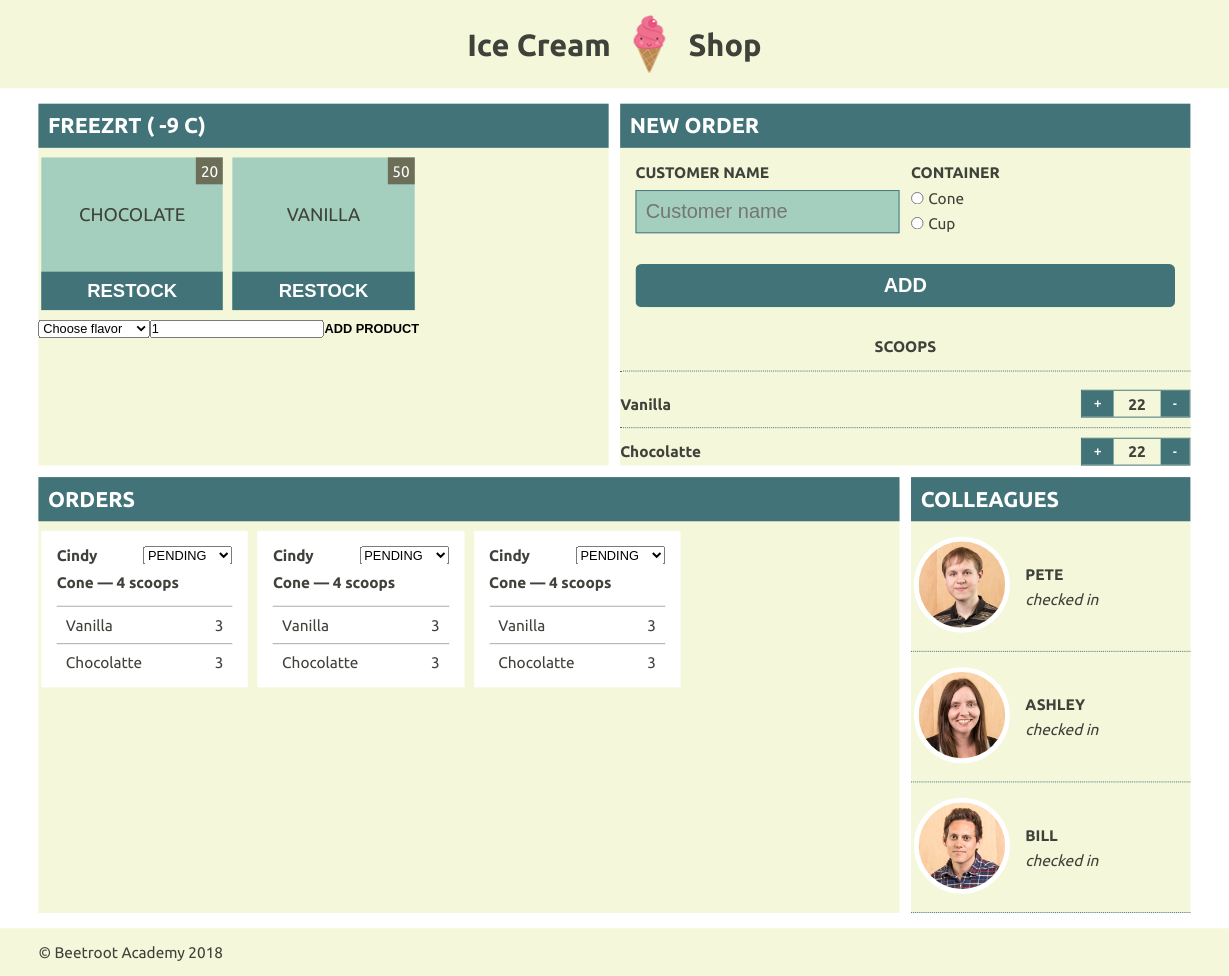
Repository: AlSemyon/Ice_Cream_Shop
Page: /
The author's editor kept a copy of each file at every save. The page is drawn from the files as they stood at one save, then again after the next save.
The browser window is 1280 px wide. The pictures show the whole page, at 96% of full size.
The project was rebuilt for these pictures with package versions that can differ from the ones it lists, and the page was loaded fresh each time.

Above is the page before, as saved 2019-01-06 11:31:25.

### src/index.js
import React from 'react';
import ReactDOM from 'react-dom';
import {Provider} from 'react-redux'
import  store from './store'

import App from './components/App';

ReactDOM.render(
    <Provider store={store}>
        <App />
    </Provider>,
    document.getElementById('root')
);

### src/store/index.js
import {createStore, applyMiddleware} from 'redux'
import thunk from 'redux-thunk'
import {createLogger} from 'redux-logger'
import reducer from '../reducer'
import { composeWithDevTools } from 'redux-devtools-extension'
import randomid from '../middlewares/randomid'

const logger = createLogger({
    collapsed: true
})

const enchancer = composeWithDevTools(applyMiddleware(randomid, thunk, logger));

const store = createStore(reducer, {}, enchancer);
window.store = store;

export default store;

### src/components/App.js
import React, {Fragment} from 'react';

import Header from './layout/Header'
import Footer from './layout/Footer'
import Box from './layout/Box'
import Freezer from './freezer'
import NewOrder from './newOrder';
import OrderTicket from './orderTicket'
import Colleagues from './colleagues'

const App = () => <Fragment>
    <Header />
    <div className="container container_main">
        <div className="wrap-box">
            <Freezer />
            <Box title="New Order">
                <NewOrder/>
            </Box>
            <Box title="Orders" className="box_orders">
                <OrderTicket/>
            </Box>
            <Box title="Colleagues" className="box_colleagues">
                <Colleagues />
            </Box>
        </div>
    </div>
    <Footer />



</Fragment>


export default App;

### src/reducer/index.js
import {combineReducers} from 'redux'

import freezer from './freezer'
import order from './order'
import employeess from './employees'

export default combineReducers({
    freezer, order, employeess
})

### src/middlewares/randomid.js
const randomid = store => next => action => {
    if (!action.randomId) {
        return next(action);
    }

    next({
        ...action,
        randomId: (Date.now() + (Math.random() * 1e7)).toString(36)
    })
};
/*
var randomId = function randomId(store){
    return function (next) {
        return function (action) {
            ...
        }
    }
}
*/
export default randomid;

### src/components/layout/Header.js
import React  from 'react';

const Header = () => <header className="header-top">
    <h1 className="logo">
        <span className="logo__span">Ice Cream</span>
        <img className="logo__img" src="/i/logo.png" alt="logo"/>
            <span className="logo__span">Shop</span>
    </h1>
</header>

export default Header;

### src/components/layout/Footer.js
import React  from 'react';


const Footer = () => <footer className="footer">
    <div className="container text-center">
        &copy; Beetroot Academy {new Date().getFullYear()}
    </div>
</footer>

export default Footer;

### src/components/layout/Box.js
import React from 'react';
import PropTypes from 'prop-types';

const Box = ({title, className, children}) => {
    return (
        <div className={`box ${className}`}>
            <h3 className="box__head">{title}</h3>
            {children}
        </div>
    )
}

Box.propTypes = {
    title: PropTypes.string.isRequired,
    className: PropTypes.string,
}

Box.defaultProps = {
    className: ''
}

export default Box

### src/components/freezer/index.js
import React, {Component}  from 'react';
import PropTypes from 'prop-types'
import {connect} from 'react-redux'
import Box from '../layout/Box';
import FreezerItem from './FreezerItem'
import AddProductToFreezer from './AddProductToFreezer'
import { updateTemperature, addProductToFreezer } from '../../AC'


class  Freezer  extends Component {

    componentDidMount() {
        const randomTemperature = Math.round(Math.random() * 10);
        this.props.updateTemperature(randomTemperature);
    }

    handleRestock = (name) => {
        const amount = parseInt(window.prompt('Enter amount of restock'), 10);
        if (!isNaN(amount)) {
            this.props.addProductToFreezer(name, amount)
        }
    }

    render(){
        const {flavors, temperature} = this.props;
        const items = Object.keys(flavors).map(name =>
            <FreezerItem key={name}
                         name={name}
                         onClickRestock={() => this.handleRestock(name)}
                         scoops={flavors[name]} />
        )
    	return (
    		<Box title={`Freezrt ( -${temperature || 0} C)`}>
                <div className="box__content">
                    {items}
                </div>
                <AddProductToFreezer/>
        </Box>
    )
    }
}

Freezer.propTypes = {
    temperature : PropTypes.number,
    flavors: PropTypes.object,
    updateTemperature: PropTypes.func.isRequired,
    addProductToFreezer: PropTypes.func.isRequired,
}

Freezer.defaultProps = {
    temperature: 0,
    flavors: {}
}

export default connect(
    ({freezer}) => ({
        flavors: freezer.flavors,
        temperature: freezer.temperature
    }),
    { updateTemperature, addProductToFreezer}
)(Freezer)

### src/components/newOrder/index.js
import React, {Component} from 'react';
import './newOrder.css'

class NewOrder extends Component {
	render(){
		return(
            <div>
            <form className="form">
                <div className="row">
                    <div className="col">
                        <label className="label-form">Customer name</label>
                        <input type="text" className="form-control" placeholder="Customer name" />
                    </div>
                    <div className="col">
                        <label className="label-form">Container</label>
                        <div>
                            <div className="form-check">
                                <input className="form-check-input" type="radio" name="inlineRadioOptions" id="cone"
                                       value="cone" />
                                    <label className="form-check-label" htmlFor="cone">Cone</label>
                            </div>
                            <div className="form-check">
                                <input className="form-check-input" type="radio" name="inlineRadioOptions" id="cup"
                                       value="cup" />
                                    <label className="form-check-label" htmlFor="cup">Cup</label>
                            </div>
                        </div>
                    </div>
                </div>
                 <button className="order-button">Add</button>
             </form>

             <div>
                <label className="label-form label-form_scoops">Scoops</label>
                <div className="scoops">
                    <div className="scoop">
                        <div className="scoop__title">Vanilla</div>
                        <div className="scoop-buttons">
                            <button className="scoop-buttons__item">+</button>
                            <span className="scoop-buttons__count">22</span>
                            <button className="scoop-buttons__item">-</button>
                        </div>
                    </div>


                    <div className="scoop">
                        <div className="scoop__title">Chocolatte</div>
                        <div className="scoop-buttons">
                            <button className="scoop-buttons__item">+</button>
                            <span className="scoop-buttons__count">22</span>
                            <button className="scoop-buttons__item">-</button>
                        </div>
                    </div>
                </div>
             </div>
             </div>
		);
	}
}

export default NewOrder;

### src/components/orderTicket/index.js
import React from 'react';
import './orderTicket.css'
import Order from './Order'

const OrderTicket  = () =>
    <div className="box__content box__content_orders">
        <Order />
        <Order />
        <Order />
	</div>


export default OrderTicket;

### src/components/colleagues/index.js
import React, {Fragment} from 'react';
import Colleague from './Colleague'
import './colleagues.css'


const  Colleagues  = () => <Fragment>
    <Colleague name="Pete" image="person1.png" status="checked in" />
    <Colleague name="Ashley" image="person5.png" status="checked in" />
    <Colleague name="Bill" image="person2.png" status="checked in" />

</Fragment>

export default Colleagues;

### src/reducer/freezer.js
import C from '../constants'
import F from '../flavors'

const defaultState = {
    temperature: null,
    flavors: {
        [F.CHOCOLATE]: 20,
        [F.VANILLA]: 50
    }
}

export default (state = defaultState, action) => {
    const {type, payload} = action;
    switch(type) {
        case C.UPDATE_TEMPERATURE:
            return {
                ...state,
                temperature: payload
            }
        case C.ADD_PRODUCT_TO_FREEZER:
            const amount = (state.flavors[payload.name] || 0) + payload.amount;
            return {
                ...state,
                flavors: {
                    ...state.flavors,
                    [payload.name]: Math.min(amount, 60)
                }
            }
        default:
            return state;
    }
}

### src/reducer/order.js
import C from '../constants'

export default (state = [], action) => {
    const {type, payload} = action;
    switch (type) {
        case C.PLACE_ORDER:
            return [...state, {...payload, status: 'pending'}]
        case C.FULLFILL_ORDER:
            return state.map((order) => {
                return order.id === payload ? {...order, status: 'fullfilled'} :  order;
            })
        case C.PAY_FOR_ORDER:
            return state.map((order) => {
                return order.id === payload ? {...order, status: 'paid'} :  order;
            })
        case C.CANCEL_ORDER:
            return state.filter((order) => order.id !== payload)
        default:
            return state
    }
}

### src/reducer/employees.js
import C from '../constants'

const defaultState = {
    data: [],
    error: null,
    loading: false
}

export default (state = defaultState, action) => {
    const {type, payload} = action;

    switch(type) {
        case C.FETCH_EMPLOYESS_REQUEST:
            return {...state, loading: true}
        case C.FETCH_EMPLOYESS_SUCCESS:
            return {...state, data: payload, loading: false}
        case C.FETCH_EMPLOYESS_FAILURE:
            return {...state, error: payload, loading: false}
        default:
            return state;
    }
}

### src/components/freezer/FreezerItem.js
import React  from 'react';
import './freezer.css'

const  FreezerItem  = ({name, scoops, onClickRestock}) => (
    <div className="ic">
        <p className="ic__title">{name}</p>
        <p className="ic__count">{scoops}</p>
        <button className="ic__restock" onClick={onClickRestock}>Restock</button>
    </div>
)

export default FreezerItem;

### src/components/freezer/AddProductToFreezer.js
import React, {Component}  from 'react';
import PropTypes from 'prop-types'
import {connect} from 'react-redux'
import { addProductToFreezer } from '../../AC'
import F from '../../flavors'

class AddProductToFreezer extends Component {
    state = {
        flavor: '',
        amount: 1
    }

    renderFlavorOption = () => {
        return Object.keys(F).map(name =>
            <option key={name} value={name}>{F[name]}</option>
        )
    }

    render() {
        const { flavor, amount } = this.state
        return (
            <form>
                <div className="add-product-form">
                    <select name="flavor"
                            className="form-select"
                            value={flavor}
                    >
                        <option value="">Choose flavor</option>
                        {this.renderFlavorOption()}
                    </select>

                    <input type="numer"
                           min={1}
                           className="form-number"
                           name="amount"
                           value={amount}
                    />

                    <button className="add-product-btn"> Add product</button>
                </div>
            </form>
        )
    }
}

AddProductToFreezer.propTypes = {
    addProductToFreezer: PropTypes.func.isRequired
}

export default connect(
    null,
    {addProductToFreezer}
)(AddProductToFreezer)

### src/AC/index.js
import axios from 'axios'
import C from '../constants'


export function updateTemperature(temperature) {
    return {
        type: C.UPDATE_TEMPERATURE,
        payload: temperature
    }
}

export function addProductToFreezer(name, amount) {
    return {
        type: C.ADD_PRODUCT_TO_FREEZER,
        payload: {
            name, amount
        }
    }
}

export function placeOrder({customerName, createAt = Date.now(), cone = true, scoops}) {
    return {
        type: C.PLACE_ORDER,
        payload: {customerName, createAt, cone, scoops},
        randomId: true
    }
}
export function fullFillOrder(id) {
    return {
        type: C.FULLFILL_ORDER,
        payload: id
    }
}

export function payForOrder(id) {
    return {
        type: C.PAY_FOR_ORDER,
        payload: id
    }
}

export function cancelOrder(id) {
    return {
        type: C.CANCEL_ORDER,
        payload: id
    }
}

export function doSmth() {
    return function(dispatch, getState) {
        dispatch({
            type: 'test',
            payload: getState().freezer.temperature
        })
    }
}

export function fetchEmployess() {
    return function(dispatch, getState) {
        dispatch({
            type: C.FETCH_EMPLOYESS_REQUEST
        })
        return axios.get('/data/employees.json')
             .then(({data}) => dispatch({
                 type: C.FETCH_EMPLOYESS_SUCCESS,
                 payload: data
             }))
             .catch(err => dispatch({
                 type: C.FETCH_EMPLOYESS_FAILURE,
                 payload: err.message
             }))
    }
}

### src/components/newOrder/newOrder.css
.scoop {
    display: flex;
    justify-content: space-between;
    align-items: center;
    padding: .6rem 0;
    border-bottom: 1px dotted #417378;
}
.scoop:last-of-type {
    border-bottom: 0;
    padding-bottom: 0;
}
.label-form_scoops {
    padding: 1rem 0;
    border-bottom: 1px dotted #417378;
    text-align:center;
}
.scoop__title {
    font-weight: bold;
}
.scoop-buttons {
    display: flex;
    align-items: center;
    border: 1px solid #417378;
}
.scoop-buttons__item{
    padding: 6px 12px;
    background: #417378;
    color: #fff;
    font-weight: bold;
    line-height: 1;
    cursor: pointer;
}
.scoop-buttons__count {
    margin: 0 15px;
    font-weight: bold;
}


.order-button {
    padding: .6rem 0;
    margin-top: 1rem;
    text-align: center;
    width: 100%;
    background: #417378;
    color: #fff;
    text-transform: uppercase;
    font-size: 1.3rem;
    font-weight: bold;
    border-radius: 6px;
    cursor: pointer;
}

### src/components/orderTicket/orderTicket.css
.box__content_orders {
    grid-template-columns: repeat(4, 1fr);

}
.order {
    padding: 1rem;
    background: #fff;
}
.order-status {
    display: flex;
    justify-content: space-between;
    margin-bottom: .6rem;
}
.order-status__title {
    font-weight: bold;
}
.order-status__select {
    text-transform: uppercase;
}
.order-count{
    font-weight: bold;
}
.order-item {
    padding-top: 1rem;
}
.order-flavor__item {
    display: flex;
    justify-content: space-between;
    border-top: 1px solid darkgray;
    border-bottom: 1px solid white;
    padding: .6rem;
}
.order-flavor__item:last-of-type {
    padding-bottom: 0;
}
.order_fullfilled {
    background: lightblue;
}
.order_paid {
    background: lightpink;
}

### src/components/orderTicket/Order.js
import React, {Component} from 'react';

const STATUSES = [
    'pending',
    'fulfilled',
    'paid',
];

class Order extends Component {

	render(){
		return(
            <div className="order">
                <div className="order-status">
                    <p className="order-status__title">Cindy</p>
                    <select className="order-status__select">
                        {STATUSES.map(s => <option key={s} value={s}>{s}</option>)}
                    </select>
                </div>

                <p className="order-count">Cone — 4 scoops</p>

                <div className="order-item">
                    <div className="order-flavor__item">
                        <span className="order-item__title">Vanilla</span>
                        <span className="order-item__count">3</span>
                    </div>
                    <div className="order-flavor__item">
                        <span className="order-item__title">Chocolatte</span>
                        <span className="order-item__count">3</span>
                    </div>
                </div>
              </div>
		);
	}
}

export default Order;

### src/components/colleagues/Colleague.js
import React, {Component} from 'react';

class Colleague extends Component {

	render(){
	    const {image, name, status} = this.props
		return(
            <div className="colleagues">
                <div className="colleague__photo">
                    <img src={`/i/${image}`} alt={name} />
                </div>
                <div>
                    <p className="colleague-person-name">{name}</p>
                    <p className="colleague-person-status">{status}</p>
                </div>
            </div>
		);
	}
}

export default Colleague;

### src/components/colleagues/colleagues.css
.colleagues {
    padding: 1rem 3px;
    display: flex;
    align-items: center;
    border-bottom: 1px dotted #417378;
}
.colleague__photo img {
    width: 100px;
    margin-right: 1rem;
    border: 5px solid white;
    border-radius: 100%;
}

.colleague-person-name {
    text-transform: uppercase;
    margin-bottom: .5rem;
    font-weight: bold;
}
.colleague-person-status {
    text-transform: lowercase;
    font-style: italic;
}

### src/constants.js
export default {
    UPDATE_TEMPERATURE: 'UPDATE_TEMPERATURE',
    ADD_PRODUCT_TO_FREEZER: 'ADD_PRODUCT_TO_FREEZER',
    PLACE_ORDER: 'PLACE_ORDER',
    FULLFILL_ORDER: 'FULLFILL_ORDER',
    PAY_FOR_ORDER: 'PAY_FOR_ORDER',
    CANCEL_ORDER: 'CANCEL_ORDER',
    FETCH_EMPLOYESS_REQUEST: 'FETCH_EMPLOYESS_REQUEST',
    FETCH_EMPLOYESS_SUCCESS: 'FETCH_EMPLOYESS_SUCCESS',
    FETCH_EMPLOYESS_FAILURE: 'FETCH_EMPLOYESS_FAILURE',
}

### src/flavors.js
export default {
    CHOCOLATE: 'CHOCOLATE',
    VANILLA: 'VANILLA',
    STRAWBERRY: 'STRAWBERRY'
}

### src/components/freezer/freezer.css
.ic {
    display: flex;
    flex-direction: column;
    background: #A4CFBE;
    position: relative;
    text-align: center;
}
.ic__title {
    flex: 1;
    padding: 3rem 0;
    font-size: 1.2rem;
    text-transform: uppercase;
    margin: 0;
}

.ic__count {
    position: absolute;
    display: inline-block;
    padding: 5px;
    top: 0;
    right: 0;
    background: #6C6E58;
    color: white;
}

.ic__restock {
    background: #417378;
    color: white;
    margin: 0;
    padding: .5rem 0;
    cursor:pointer;
    font-size: 1.2rem;
}

.add-product-form {

}

.form-select {

}

### public/css/style.css
@import url('https://fonts.googleapis.com/css?family=Ubuntu:400,700');
* {
    margin: 0;
    padding: 0;
    box-sizing: border-box;
}



body {
    display: flex;
    flex-direction: column;
    min-height: 100vh;
    color: #3E423A;
    font-family: 'Ubuntu', sans-serif;
}
.container_main {
    flex: 1;
}
.header-top {
    background: #F4F7D9;
    padding: 1rem 0;
}
.logo {
    display: flex;
    justify-content: center;
    align-items: center;
}
.logo__img {
    margin: 0 1.5rem;
}
.container {
    width: 1200px;
    margin: auto;
}

/*  =============== wrap-box*/
.wrap-box {
    display: grid;
    grid-gap: 12px;
    grid-template-columns: repeat(4, 1fr);
    margin: 1rem 0;
}
.box {
    grid-column: span 2;
    border-top-left-radius: 12px;
    border-top-right-radius: 12px;
    background: #F4F7D9;

}
.box_orders {
    grid-column: span 3;
}
.box_colleagues {
    grid-column: span 1;
}

.box__head{
    background: #417378;
    font-size: 1.4rem;
    padding: 10px;
    color: #ffffff;
    text-transform: uppercase;
}

.box__content {
    display: grid;
    grid-gap: 10px;
    grid-template-columns: repeat(3, 1fr);
    padding: .6rem 3px;
}

/* ============== new order form*/
input[type='text'],
textarea {
    border: 1px solid #417378;
    background: #A4CFBE;
    padding: .6rem;
    width: 100%;
    margin-bottom: 1rem;
    font-size: 1.3rem;
}
input:active,
input:focus,
textarea:active,
textarea:focus,
button {
    outline: none;
}
button {
    border: 1px solid transparent;
    background: transparent;
    font-weight: bold;
    text-transform: uppercase;
    transition: background .4s ease-out;
}
button:hover {
    background: #eee;
    color:  #417378;
    border: 1px solid #417378;
}

.form {
    padding: 1rem;
}
.row {
    display: grid;
    grid-gap: 12px;
    grid-template-columns: 1fr 1fr;
}
.label-form {
    display: block;
    font-weight:bold;
    text-transform: uppercase;
    margin-bottom: .6rem;
}
.form-check {
    display: flex;
    align-items: center;
    margin-bottom: .5rem;
}
.form-check-input {
    margin-right: 5px;
}
/* ============== new order scoops*/


/* colleagues */



.footer {
    padding: 1rem;
    background: #F4F7D9;
}

Loaded but not shown: public/index.html (common file)

After the next save:
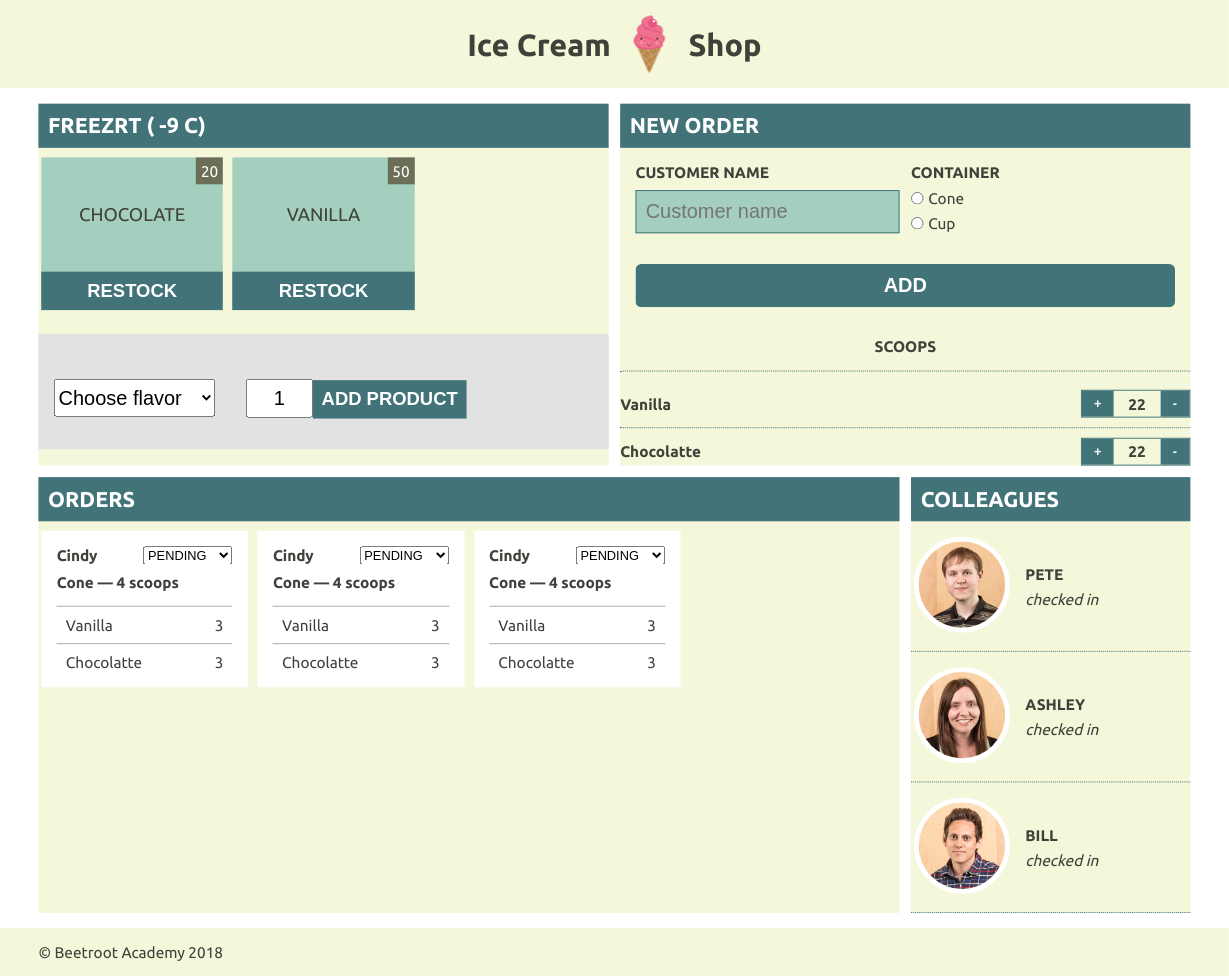
Saved 40 s later.
--- a/src/components/freezer/freezer.css
+++ b/src/components/freezer/freezer.css
@@ -33,9 +33,29 @@
 }
 
 .add-product-form {
-
+    margin: 1rem 0;
+    padding: 2rem 1rem;
+    background: #e2e2e2;
 }
 
 .form-select {
+    padding: 6px 0;
+    margin-right: 2rem;
+    font-size: 1.3rem;
+}
 
+.form-number {
+    padding: 6px 0;
+    max-width: 70px;
+    font-size: 1.3rem;
+    text-align: center;
 }
+
+.add-product-btn {
+    background: #417378;
+    color: white;
+    margin-top: 1rem;
+    padding: .5rem;
+    cursor:pointer;
+    font-size: 1.2rem;
+}
